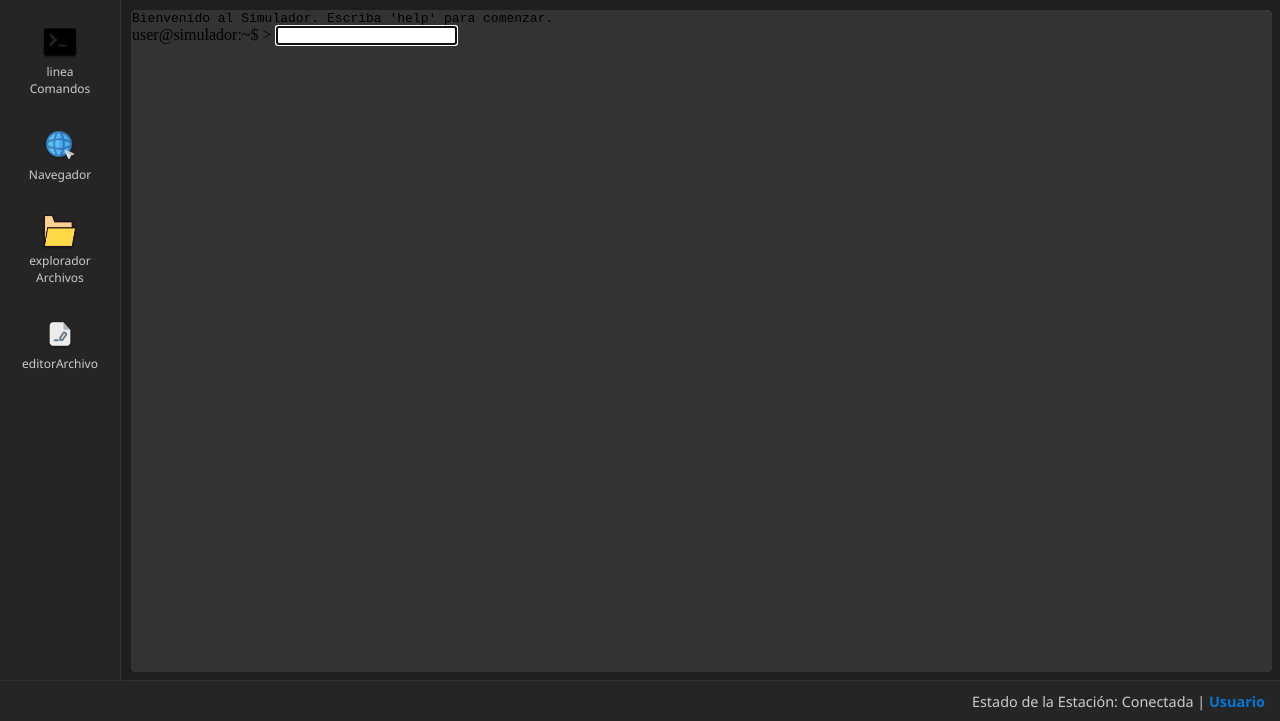
Repository: ValdezGalia/ProgramacionWebUcab
Page: lan-01.html
An editor plug-in stored every save of this project. The page is shown before and after the next save, followed by the edit.
The browser window is 1280 px wide. The pictures show the whole page.

Above is the page before, as saved 2025-11-13 16:50:39.

After the next save:
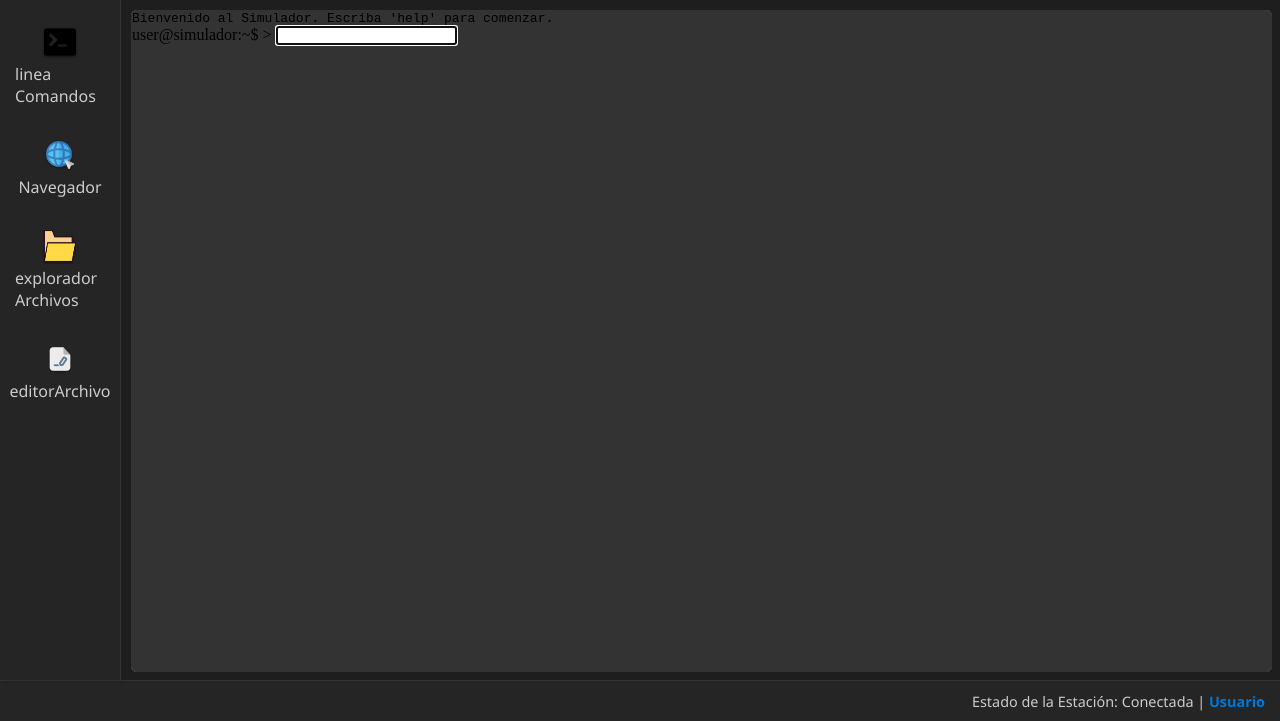
Saved 64 s later.
--- a/lan-01.html
+++ b/lan-01.html
@@ -14,10 +14,10 @@
 
         <nav id="app-navigation" aria-label="Aplicaciones de la estación de trabajo">
             <ul id="app-list">
-                <li><a href="#" data-tool="lineaComandos"><img src="assets/img/terminal.png" class="app-icon" alt="lineaComandos"><span>linea Comandos</span></a></li>
-                <li><a href="#" data-tool="navegador"><img src="assets/img/navweb.png" class="app-icon" alt="Navegador"><span>Navegador</span></a></li>
-                <li><a href="#" data-tool="exploradorArchivos"><img src="assets/img/exploarch.png" class="app-icon" alt="exploradorArchivos"><span>explorador Archivos</span></a></li>
-                <li><a href="#" data-tool="editorArchivo"><img src="assets/img/editArchivo.png" class="app-icon" alt="editorArchivo"><span>editorArchivo</span></a></li>
+                <li><a href="#" data-tool="lineaComandos"><img src="assets/img/terminal.png" class="app-icon" alt="lineaComandos">linea Comandos</span></a></li>
+                <li><a href="#" data-tool="navegador"><img src="assets/img/navweb.png" class="app-icon" alt="Navegador">Navegador</span></a></li>
+                <li><a href="#" data-tool="exploradorArchivos"><img src="assets/img/exploarch.png" class="app-icon" alt="exploradorArchivos">explorador Archivos</span></a></li>
+                <li><a href="#" data-tool="editorArchivo"><img src="assets/img/editArchivo.png" class="app-icon" alt="editorArchivo">editorArchivo</span></a></li>
             </ul>
         </nav>
 

After the 2 saves that followed:
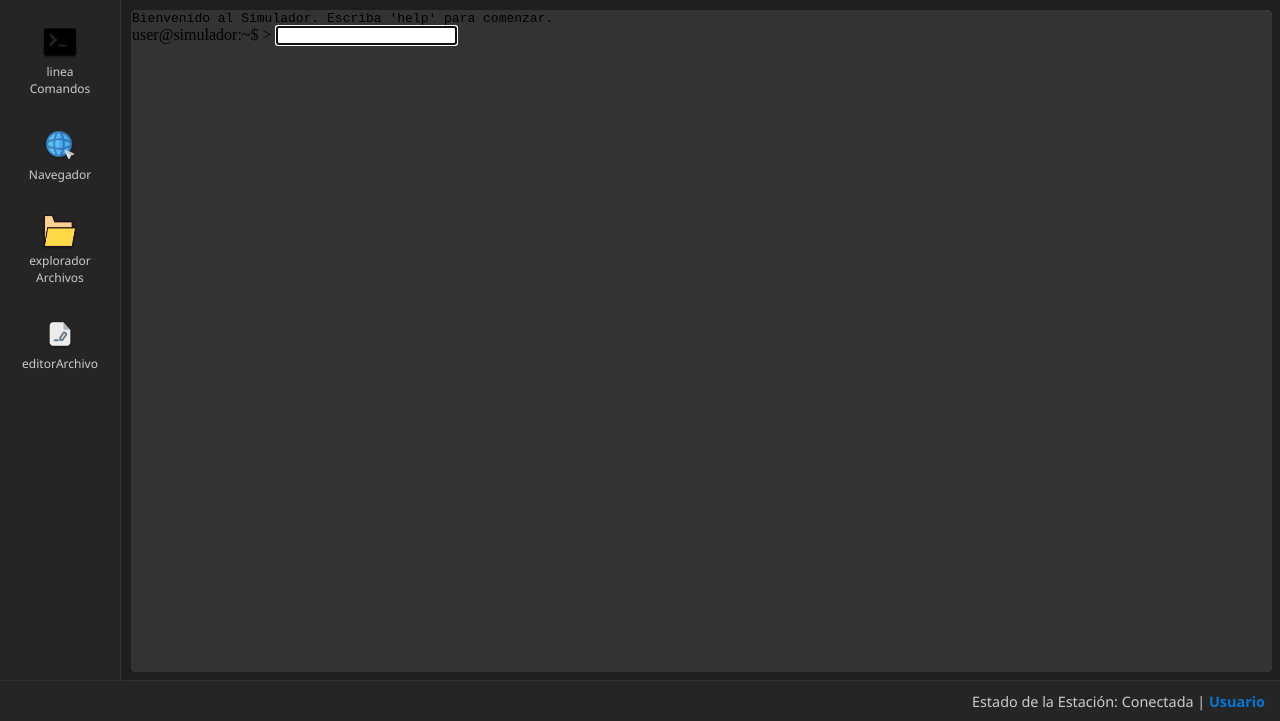
The 2 saves are shown as one change because 1 left the picture as it was.
The last was saved 22 s later.
--- a/lan-01.html
+++ b/lan-01.html
@@ -14,10 +14,10 @@
 
         <nav id="app-navigation" aria-label="Aplicaciones de la estación de trabajo">
             <ul id="app-list">
-                <li><a href="#" data-tool="lineaComandos"><img src="assets/img/terminal.png" class="app-icon" alt="lineaComandos">linea Comandos</span></a></li>
-                <li><a href="#" data-tool="navegador"><img src="assets/img/navweb.png" class="app-icon" alt="Navegador">Navegador</span></a></li>
-                <li><a href="#" data-tool="exploradorArchivos"><img src="assets/img/exploarch.png" class="app-icon" alt="exploradorArchivos">explorador Archivos</span></a></li>
-                <li><a href="#" data-tool="editorArchivo"><img src="assets/img/editArchivo.png" class="app-icon" alt="editorArchivo">editorArchivo</span></a></li>
+                <li><a href="#" data-tool="lineaComandos"><img src="assets/img/terminal.png" class="app-icon" alt="lineaComandos">linea Comandos</a></li>
+                <li><a href="#" data-tool="navegador"><img src="assets/img/navweb.png" class="app-icon" alt="Navegador">Navegador</a></li>
+                <li><a href="#" data-tool="exploradorArchivos"><img src="assets/img/exploarch.png" class="app-icon" alt="exploradorArchivos">explorador Archivos</a></li>
+                <li><a href="#" data-tool="editorArchivo"><img src="assets/img/editArchivo.png" class="app-icon" alt="editorArchivo">editorArchivo</a></li>
             </ul>
         </nav>
 
--- a/style/lan-01.css
+++ b/style/lan-01.css
@@ -74,7 +74,7 @@ html, body {
 }
 
 /* Estilos del Texto (Etiqueta) */
-#app-list a span {
+#app-list a {
     font-size: 0.75em; /* Etiqueta pequeña */
     font-weight: 400;
     text-align: center;
